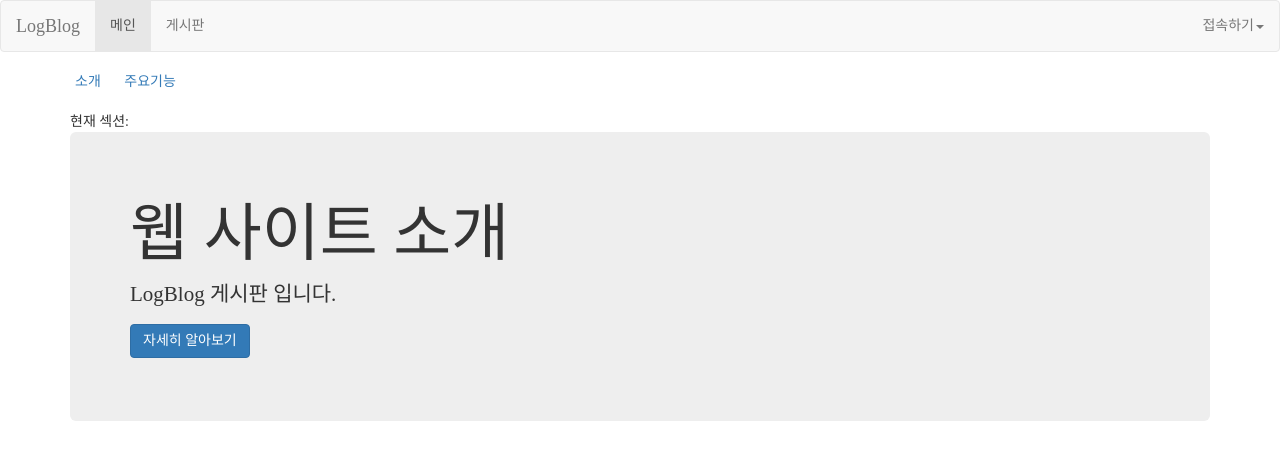
Repository: John-Jung/Vulnerable_DashBoard
Page: http://localhost/LogBlog/main.jsp
The author's editor kept a copy of each file at every save. The page is drawn from the files as they stood at one save, then again after the next save.
The browser window is 1280 px wide. The pictures show the whole page.
Some web fonts or font styles are not loaded; a fallback is used. Some web libraries are served in a nearby version. The page is served by Tomcat 9.

Above is the page before, as saved 2025-02-08 09:45:52.

After the next save:
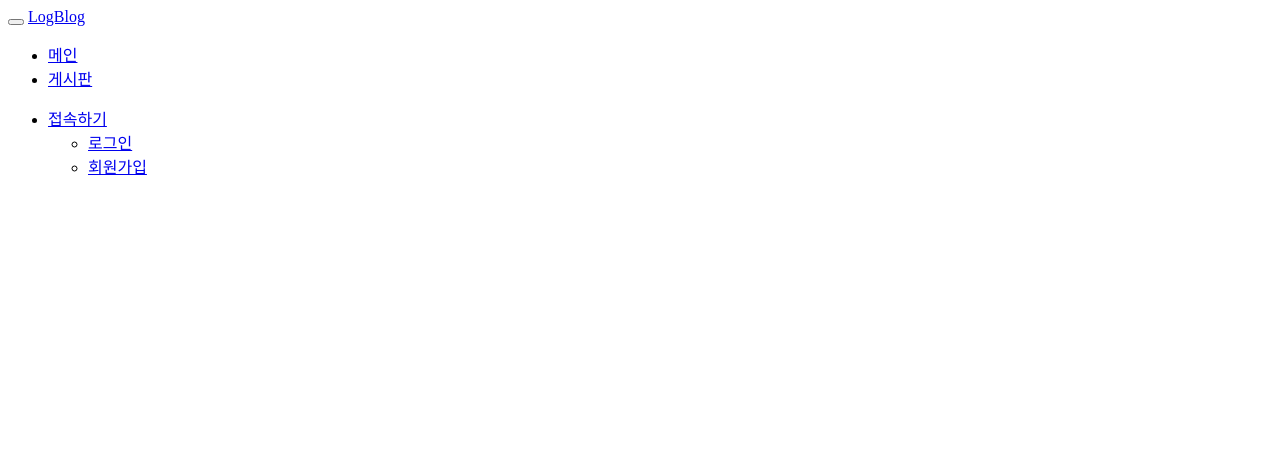
Saved 5 h 25 min later.
--- a/LogBlog/src/main/webapp/main.jsp
+++ b/LogBlog/src/main/webapp/main.jsp
@@ -4,59 +4,7 @@
 <!DOCTYPE html>
 <html>
 <head>
-<meta http-equiv="Content-Type" content="text/html"; charset="UTF-8">
-<meta name="viewport" content="width=device-width", initial-scale="1">
-<link rel="stylesheet" href="css/bootstrap.css">
-<link rel="stylesheet" href="css/custom.css">
-<title>LogBlog</title>
-<style>
-   .nav-container {
-       margin-bottom: 20px;
-   }
-   .nav-item {
-       margin-right: 10px;
-       padding: 5px;
-   }
-</style>
-<script>
-//해시 기반 네비게이션
-function checkHash() {
-    const hash = window.location.hash.slice(1);
-    if (hash) {
-        // 특수문자 필터링
-        if(hash.includes(':') || hash.includes('(') || hash.includes(')')) {
-            console.log("특수문자가 포함되어 있어 차단됩니다.");
-            return;
-        }
-
-        // about이나 features인 경우 컨텐츠만 변경
-        if(hash === 'about') {
-            document.getElementById('mainContent').innerHTML = `
-                <div class="jumbotron">
-                    <h1>웹 사이트 소개</h1>
-                    <p>LogBlog 웹사이트의 상세 소개입니다.</p>
-                </div>
-            `;
-            return;
-        }
-        else if(hash === 'features') {
-            document.getElementById('mainContent').innerHTML = `
-                <div class="jumbotron">
-                    <h1>주요 기능</h1>
-                    <p>LogBlog의 주요 기능들을 소개합니다.</p>
-                </div>
-            `;
-            return;
-        }
-        // about이나 features가 아닌 경우에만 location.href 실행
-        window.location.href = decodeURIComponent(hash);
-    }
-}
-
-// 해시 변경 이벤트 리스너
-window.addEventListener('hashchange', checkHash);
-window.onload = checkHash;
-</script>
+<!-- ... (head 내용은 동일) ... -->
 </head>
 <body>
    <%
@@ -68,13 +16,13 @@
    <nav class="navbar navbar-default">
    	<div class="navbar-header">
    		<button type="button" class="navbar-toggle collapsed"
-   			data-toggle="collapse" data-target="#bs-example-navbar-collpase-1"
+   			data-toggle="collapse" data-target="#bs-example-navbar-collapse-1"
    			aria-expanded="false">
    			<span class="icon-bar"></span>
    			<span class="icon-bar"></span>
    			<span class="icon-bar"></span>
-   			</button>
-   			<a class="navbar-brand" href="main.jsp">LogBlog</a>
+   		</button>
+   		<a class="navbar-brand" href="main.jsp">LogBlog</a>
    	</div>
    	<div class="collapse navbar-collapse" id="bs-example-navbar-collapse-1">
    		<ul class="nav navbar-nav">
@@ -88,11 +36,9 @@
    			<li class="dropdown">
    				<a href="#" class="dropdown-toggle"
    				data-toggle="dropdown" role="button" aria-haspopup="true"
-   				aria-expanded="false">접속하기<span class="caret"></span>
-   				</a>
-
+   				aria-expanded="false">접속하기<span class="caret"></span></a>
    				<ul class="dropdown-menu">
-   					<li ><a href="login.jsp">로그인</a></li>
+   					<li><a href="login.jsp">로그인</a></li>
    					<li><a href="join.jsp">회원가입</a></li>
    				</ul>
    			</li>
@@ -104,8 +50,7 @@
    			<li class="dropdown">
    				<a href="#" class="dropdown-toggle"
    				data-toggle="dropdown" role="button" aria-haspopup="true"
-   				aria-expanded="false">회원관리<span class="caret"></span>
-   				</a>
+   				aria-expanded="false">회원관리<span class="caret"></span></a>
    				<ul class="dropdown-menu">
    					<li><a href="logoutAction.jsp">로그아웃</a></li>
    					<li><a href="myPageCheck.jsp">마이 페이지</a></li>
@@ -117,26 +62,6 @@
    		%>
    	</div>
    </nav>
-
-   <!-- 해시 기반 네비게이션 메뉴 -->
-   <div class="container">
-       <div class="nav-container">
-           <a href="#about" class="nav-item">소개</a>
-           <a href="#features" class="nav-item">주요기능</a>
-       </div>
-       <div>현재 섹션: </div>
-       <div id="currentSection"></div>
-
-       <!-- 메인 컨텐츠 영역 -->
-       <div id="mainContent">
-           <div class="jumbotron">
-               <h1>웹 사이트 소개</h1>
-               <p>LogBlog 게시판 입니다.</p>
-               <p><a class="btn btn-primary btn-pull" href="#about" role="button">자세히 알아보기</a></p>
-           </div>
-       </div>
-   </div>
-   <script src="https://code.jquery.com/jquery-3.1.1.min.js"></script>
-   <script src="js/bootstrap.js"></script>
+   <!-- ... (나머지 내용은 동일) ... -->
 </body>
 </html>

After the save that followed:
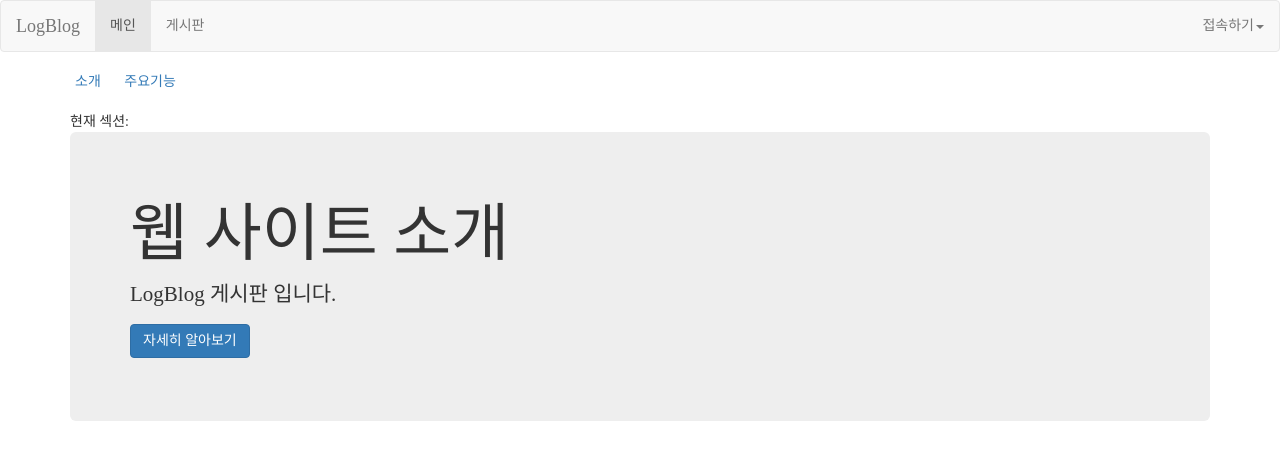
Saved 8 s later.
--- a/LogBlog/src/main/webapp/main.jsp
+++ b/LogBlog/src/main/webapp/main.jsp
@@ -4,7 +4,59 @@
 <!DOCTYPE html>
 <html>
 <head>
-<!-- ... (head 내용은 동일) ... -->
+<meta http-equiv="Content-Type" content="text/html"; charset="UTF-8">
+<meta name="viewport" content="width=device-width", initial-scale="1">
+<link rel="stylesheet" href="css/bootstrap.css">
+<link rel="stylesheet" href="css/custom.css">
+<title>LogBlog</title>
+<style>
+   .nav-container {
+       margin-bottom: 20px;
+   }
+   .nav-item {
+       margin-right: 10px;
+       padding: 5px;
+   }
+</style>
+<script>
+//해시 기반 네비게이션
+function checkHash() {
+    const hash = window.location.hash.slice(1);
+    if (hash) {
+        // 특수문자 필터링
+        if(hash.includes(':') || hash.includes('(') || hash.includes(')')) {
+            console.log("특수문자가 포함되어 있어 차단됩니다.");
+            return;
+        }
+
+        // about이나 features인 경우 컨텐츠만 변경
+        if(hash === 'about') {
+            document.getElementById('mainContent').innerHTML = `
+                <div class="jumbotron">
+                    <h1>웹 사이트 소개</h1>
+                    <p>LogBlog 웹사이트의 상세 소개입니다.</p>
+                </div>
+            `;
+            return;
+        }
+        else if(hash === 'features') {
+            document.getElementById('mainContent').innerHTML = `
+                <div class="jumbotron">
+                    <h1>주요 기능</h1>
+                    <p>LogBlog의 주요 기능들을 소개합니다.</p>
+                </div>
+            `;
+            return;
+        }
+        // about이나 features가 아닌 경우에만 location.href 실행
+        window.location.href = decodeURIComponent(hash);
+    }
+}
+
+// 해시 변경 이벤트 리스너
+window.addEventListener('hashchange', checkHash);
+window.onload = checkHash;
+</script>
 </head>
 <body>
    <%
@@ -16,13 +68,13 @@
    <nav class="navbar navbar-default">
    	<div class="navbar-header">
    		<button type="button" class="navbar-toggle collapsed"
-   			data-toggle="collapse" data-target="#bs-example-navbar-collapse-1"
+   			data-toggle="collapse" data-target="#bs-example-navbar-collpase-1"
    			aria-expanded="false">
    			<span class="icon-bar"></span>
    			<span class="icon-bar"></span>
    			<span class="icon-bar"></span>
-   		</button>
-   		<a class="navbar-brand" href="main.jsp">LogBlog</a>
+   			</button>
+   			<a class="navbar-brand" href="main.jsp">LogBlog</a>
    	</div>
    	<div class="collapse navbar-collapse" id="bs-example-navbar-collapse-1">
    		<ul class="nav navbar-nav">
@@ -36,9 +88,11 @@
    			<li class="dropdown">
    				<a href="#" class="dropdown-toggle"
    				data-toggle="dropdown" role="button" aria-haspopup="true"
-   				aria-expanded="false">접속하기<span class="caret"></span></a>
+   				aria-expanded="false">접속하기<span class="caret"></span>
+   				</a>
+
    				<ul class="dropdown-menu">
-   					<li><a href="login.jsp">로그인</a></li>
+   					<li ><a href="login.jsp">로그인</a></li>
    					<li><a href="join.jsp">회원가입</a></li>
    				</ul>
    			</li>
@@ -50,7 +104,8 @@
    			<li class="dropdown">
    				<a href="#" class="dropdown-toggle"
    				data-toggle="dropdown" role="button" aria-haspopup="true"
-   				aria-expanded="false">회원관리<span class="caret"></span></a>
+   				aria-expanded="false">회원관리<span class="caret"></span>
+   				</a>
    				<ul class="dropdown-menu">
    					<li><a href="logoutAction.jsp">로그아웃</a></li>
    					<li><a href="myPageCheck.jsp">마이 페이지</a></li>
@@ -62,6 +117,26 @@
    		%>
    	</div>
    </nav>
-   <!-- ... (나머지 내용은 동일) ... -->
+
+   <!-- 해시 기반 네비게이션 메뉴 -->
+   <div class="container">
+       <div class="nav-container">
+           <a href="#about" class="nav-item">소개</a>
+           <a href="#features" class="nav-item">주요기능</a>
+       </div>
+       <div>현재 섹션: </div>
+       <div id="currentSection"></div>
+
+       <!-- 메인 컨텐츠 영역 -->
+       <div id="mainContent">
+           <div class="jumbotron">
+               <h1>웹 사이트 소개</h1>
+               <p>LogBlog 게시판 입니다.</p>
+               <p><a class="btn btn-primary btn-pull" href="#about" role="button">자세히 알아보기</a></p>
+           </div>
+       </div>
+   </div>
+   <script src="https://code.jquery.com/jquery-3.1.1.min.js"></script>
+   <script src="js/bootstrap.js"></script>
 </body>
 </html>
